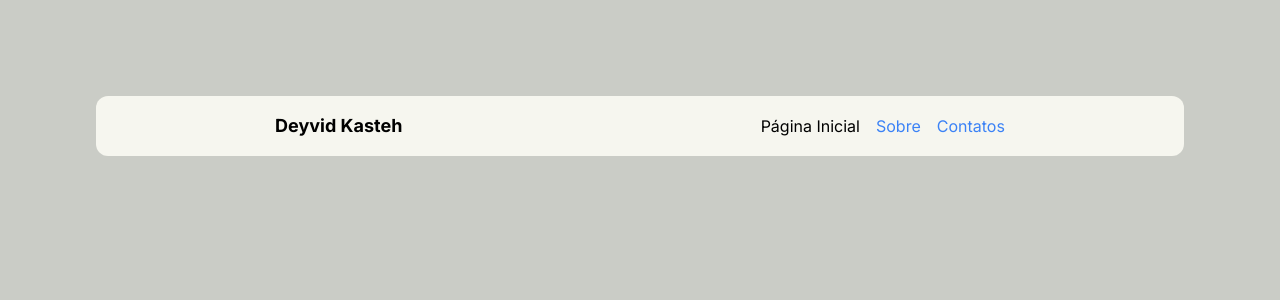
Repository: Deyvid-Kasteh/kasteh_portfolio
Page: /
An editor plug-in stored every save of this project. The page is shown before and after the next save, followed by the edit.
The browser window is 1280 px wide. The pictures show the whole page.
The project was rebuilt for these pictures with package versions that can differ from the ones it lists, and the page was loaded fresh each time. The framework's server and built-in components were replaced by stand-ins that run in the browser. Also part of the build but not shown: next.config.mjs.

Above is the page before, as saved 2024-03-24 02:33:37.

After the next save:
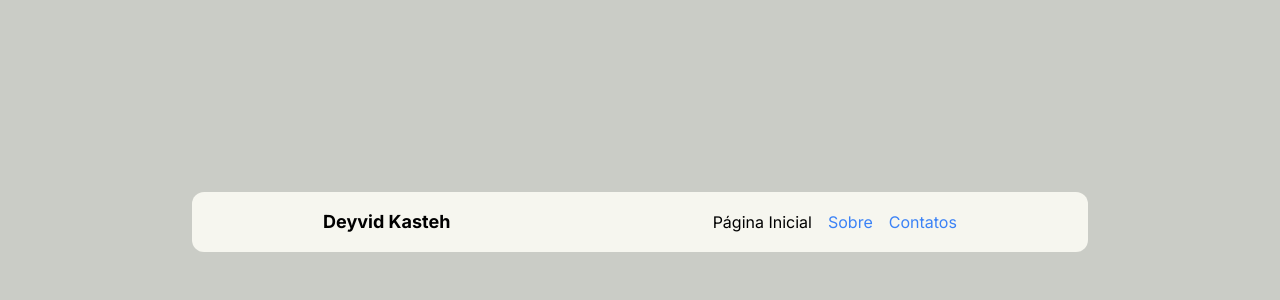
Saved 6 s later.
--- a/src/app/layout.tsx
+++ b/src/app/layout.tsx
@@ -17,7 +17,7 @@ export default function RootLayout({
   return (
     <html lang="pt-br">
       <body
-        className={`bg-customGrayBG ${inter.className} p-4 sm:p-6 md:p-8 lg:p-10 xl:p-24`}
+        className={`bg-customGrayBG ${inter.className} p-4 sm:p-6 md:p-8 lg:p-10 xl:p-48`}
       >
         {children}
       </body>
